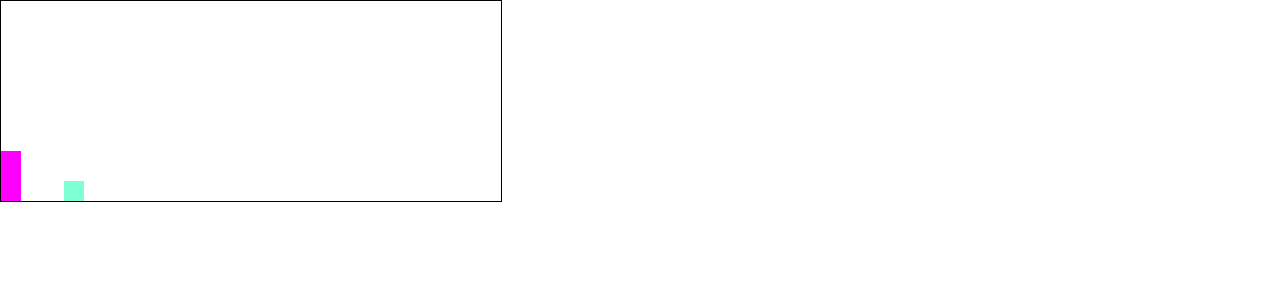
Repository: thecptwaffles/bad-game
Page: index.html
An editor plug-in stored every save of this project. The page is shown before and after the next save, followed by the edit.
The browser window is 1280 px wide. The pictures show the whole page.

Above is the page before, as saved 2022-02-04 19:56:28.

### index.html
<!DOCTYPE html>
<html lang="en">

<head>
    <meta charset="UTF-8">
    <meta http-equiv="X-UA-Compatible" content="IE=edge">
    <meta name="viewport" content="width=device-width, initial-scale=1.0">
    <title>Document</title>
    <link rel="stylesheet" href="style.css">
</head>

<body>
    <div id="game">
        <div id="Steve"></div>
        <div id="block"></div>
    </div>
</body>
<script src="./index.js"></script>

</html>

### style.css
* {
    padding: 0;
    margin: 0;
}

#game {
    width: 500px;
    height: 200px;
    border: 1px solid black;
}

#Steve {
    width: 20px;
    height: 50px;
    background-color: magenta;
    position: relative;
    top: 150px;
}

#block {
    width: 20px;
    height: 20px;
    background-color: aquamarine;
    position: relative;
    top: 130px;
    left: 480px;
    animation: block 2s infinite;
}

@keyframes block {
    0%{
        left: 480px;
    }

    100%{
        left: -40px;
    }
}

Loaded but not shown: index.js (no copy from this time; the picture is the same without it)

After the next save:
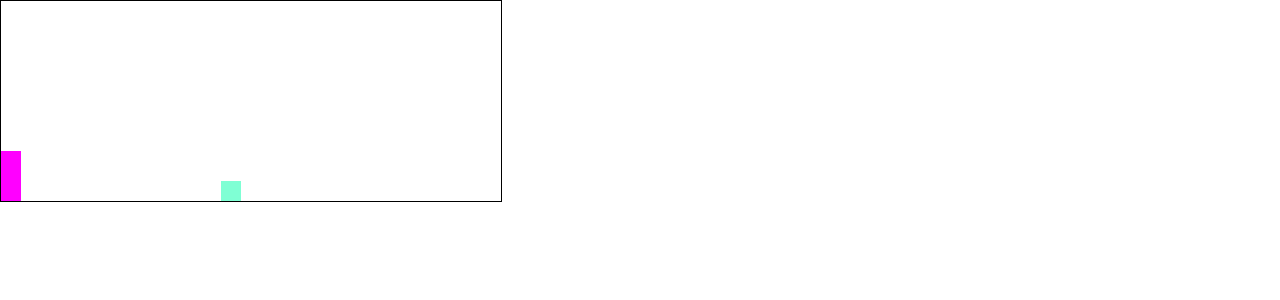
Saved 17 s later.
--- a/style.css
+++ b/style.css
@@ -24,7 +24,7 @@
     position: relative;
     top: 130px;
     left: 480px;
-    animation: block 2s infinite;
+    animation: block 2s infinite linear;
 }
 
 @keyframes block {
